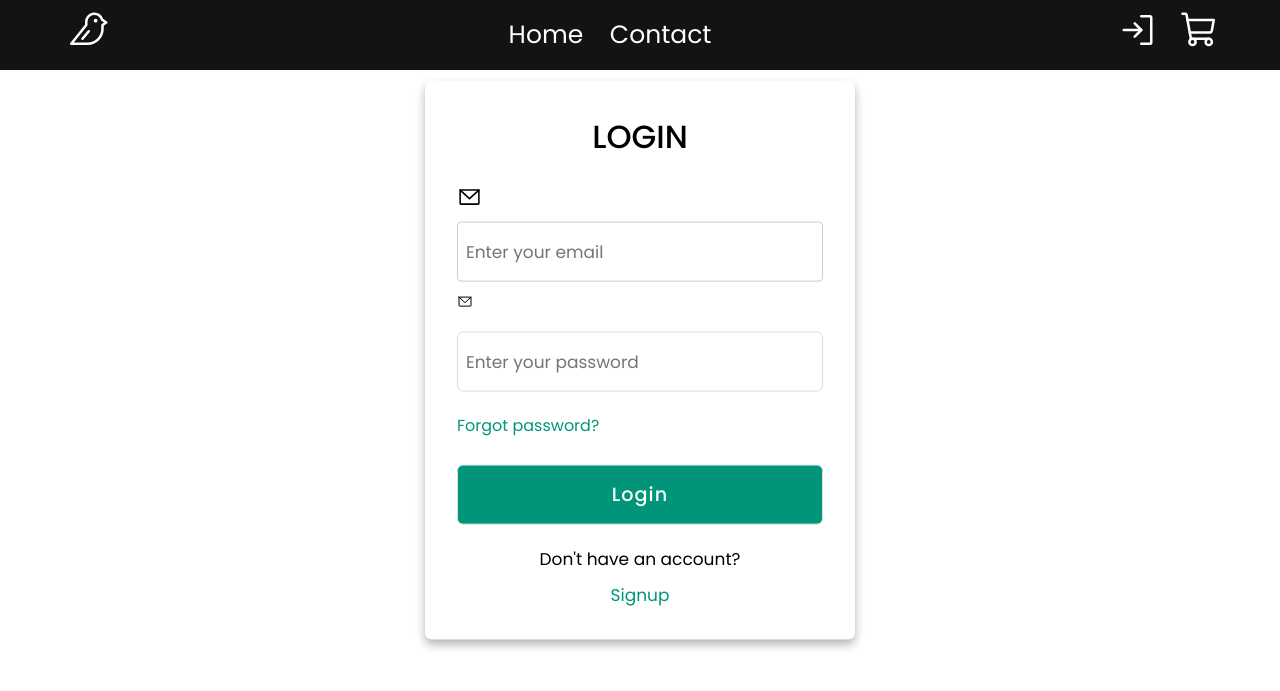
Repository: hoangdanh2/swp301
Page: /register
These files come from the project's save history. The page is drawn as it stood at one moment and after the next save; the edit follows.
The browser window is 1280 px wide. The pictures show the whole page.
The project was rebuilt for these pictures with package versions that can differ from the ones it lists, and the page was loaded fresh each time. Also part of the build but not shown: src/pages/shop/product.jsx, src/pages/shop/shop.css, src/pages/shop/shop.jsx, src/pages/contact/contact.jsx, src/pages/cart/cart-item.jsx, src/pages/cart/cart.css, src/pages/cart/cart.jsx.

Above is the page before, as saved 2023-05-29 11:06:41.

### src/App.js
import './App.css';
import { BrowserRouter as Router, Routes, Route } from "react-router-dom";
import { Navbar } from "./components/navbar";
import { Register } from "./pages/register/register";
import { Shop } from "./pages/shop/shop";
import { Contact } from "./pages/contact/contact";
import { Cart } from "./pages/cart/cart";
import { ShopContextProvider } from './context/shop-context';


function App() {
  return (
    <div className = "App">
      <ShopContextProvider>
        <Router>
          <Navbar />
          <Routes>
            <Route path = "/register" element = {<Register />} />
            <Route path = "/" element = {<Shop />} />
            <Route path = "/contact" element = {<Contact />} />
            <Route path = "/cart" element = {<Cart />} />
          </Routes>
        </Router>
      </ShopContextProvider>
    </div>
  );
}

export default App;

### src/App.css
.App {
  width: 100%;
  height: auto;
  min-height: 100vh;
  font-family: 'Segoe UI', Tahoma, Geneva, Verdana, sans-serif;
}

body {
  padding: 0;
  margin: 0;
}

### src/components/navbar.jsx
import React from "react";
import { Link } from "react-router-dom";
import { ShoppingCart, Bird, SignIn } from "phosphor-react";
import "./navbar.css";

export const Navbar = () => {
  return (
    <div className="navbar">
      <div className="links">
        <div className="icon">
          <Link to="/">
            <Bird size={40} />
          </Link>
        </div>
        <div className="middle">
          <Link to="/"> Home </Link>
          <Link to="/contact"> Contact</Link>
        </div>
        <div className="end">
            <Link to="/register">
                <SignIn size={40}/>
            </Link>
          <Link to="/cart">
            <ShoppingCart size={40} />
          </Link>
        </div>
      </div>
    </div>
  );
};

### src/pages/register/register.jsx
import React from "react";
import { EnvelopeSimple } from "phosphor-react";
import "./register.css";

export const Register = () => {
  return (
    <div className="container">
    <input type="checkbox" id="check"></input>
    <div className="login form">
      <header>LOGIN</header>
      <form action="#">
        <div className="login-form">
        <span className="icon-login"><EnvelopeSimple size={25}></EnvelopeSimple></span>
        <input type="text" placeholder="Enter your email" required></input>
        <span className="icon-login"><EnvelopeSimple></EnvelopeSimple></span>
        <input type="password" placeholder="Enter your password" required></input>
        </div>
        <a href="#">Forgot password?</a>
        <input type="button" className="button" value="Login"></input>
      </form>
      <div className="signup">
        <span className="signup">Don't have an account?
         <label for="check">Signup</label>
        </span>
      </div>
    </div>
    <div className="registration form">
      <header>SIGNUP</header>
      <form action="#">
        <div className="login-form">
        <span className="icon-login"><EnvelopeSimple></EnvelopeSimple></span>
        <input type="text" placeholder="Enter your email" required></input>
        <span className="icon-login"><EnvelopeSimple></EnvelopeSimple></span>
        <input type="password" placeholder="Create a password" required></input>
        <span className="icon-login"><EnvelopeSimple></EnvelopeSimple></span>
        <input type="password" placeholder="Confirm your password" required></input>
        <input type="button" className="button" value="Signup" required></input>
        </div>
      </form>
      <div className="signup">
        <span className="signup">Already have an account?
         <label for="check">Login</label>
        </span>
      </div>
    </div>
  </div>
  );
};

### src/context/shop-context.jsx
import { createContext, useEffect, useState } from "react";
import { PRODUCTS } from "../products";

export const ShopContext = createContext(null);

const getDefaultCart = () => {
    let cart = {};
    for (let i = 1; i < PRODUCTS.length + 1; i++) {
        cart[i] = 0;
    }
    return cart;
}

export const ShopContextProvider = (props) => {
    const [cartItems, setCartItems] = useState(getDefaultCart());

    const getTotalCartAmount = () => {
        let totalAmount = 0;
        for (const item in cartItems) {
            if (cartItems[item] > 0) {
                let itemInfo = PRODUCTS.find((product) => product.id === Number(item));
                totalAmount += cartItems[item] *itemInfo.price;
            }
        }
        return totalAmount;
    };

    const addToCart = (itemId) => {
        setCartItems((prev) => ({ ...prev, [itemId]: prev[itemId] + 1}));
    };

    const removeFromCart = (itemId) => {
        setCartItems((prev) => ({ ...prev, [itemId]: prev[itemId] - 1}));
    };

    const updateCartItemCount = (newAmount, itemId) => {
        setCartItems((prev) => ({ ...prev, [itemId]: newAmount }));
    };

    const checkout = () => {
        setCartItems(getDefaultCart());
    };

    const contextValue = {
        cartItems,
        addToCart,
        updateCartItemCount,
        removeFromCart,
        getTotalCartAmount,
        checkout,
    };

    return (
        <ShopContext.Provider value={contextValue}>
            {props.children}
        </ShopContext.Provider>
    );
};

### src/components/navbar.css
.navbar {
    width: 100%;
    height: 70px;
    background-color: rgb(19, 19, 19);
    display: flex;
    justify-content: center;
    align-items: center;
}

.links {
    margin-right: 50px;
    display: flex;
    align-items: center;
    justify-content: space-between;
    width: 100%;
}

.icon {
    margin-left: 50px;
}

.end {
    padding: 0 10px;
}

.links a {
    text-decoration: none;
    color: white;
    margin-left: 20px;
    font-size: 25px;
}

### src/pages/register/register.css
/* Import Google font - Poppins */
@import url('https://fonts.googleapis.com/css2?family=Poppins:wght@200;300;400;500;600;700&display=swap');
*{
  margin: 0;
  padding: 0;
  box-sizing: border-box;
  font-family: 'Poppins', sans-serif;
}

.container{
  position: absolute;
  top: 50%;
  left: 50%;
  transform: translate(-50%,-50%);
  max-width: 430px;
  width: 100%;
  background: #fff;
  border-radius: 7px;
  box-shadow: 0 5px 10px rgba(0,0,0,0.3);
}

.container .registration{
  display: none;
}

#check:checked ~ .registration{
  display: block;
}

#check:checked ~ .login{
  display: none;
}

#check{
  display: none;
}

.container .form{
  padding: 2rem;
}

.form header{
  font-size: 2rem;
  font-weight: 500;
  text-align: center;
  margin-bottom: 1.5rem;
}

 .form input{
   height: 60px;
   width: 100%;
   padding: 0 8px;
   font-size: 17px;
   margin-top: 15px;
   margin-bottom: 1.3rem;
   border: 1px solid #ddd;
   border-radius: 6px;
   outline: none;
 }

 .form input:focus{
   box-shadow: 0 1px 0 rgba(0,0,0,0.2);
 }

.form a{
  font-size: 16px;
  color: #009579;
  text-decoration: none;
}

.form a:hover{
  text-decoration: underline;
}

.form input.button{
  color: #fff;
  background: #009579;
  font-size: 1.2rem;
  font-weight: 500;
  letter-spacing: 1px;
  margin-top: 1.7rem;
  cursor: pointer;
  transition: 0.4s;
}

.form input.button:hover{
  background: #006653;
}

.signup{
  font-size: 17px;
  text-align: center;
}

.signup label{
  color: #009579;
  cursor: pointer;
}

.signup label:hover{
  text-decoration: underline;
}
input[type="text"],
input[type="email"],
input[type="message"],
textarea {
    width: 100%;
    padding: 8px;
    border: 1px solid #ccc;
    border-radius: 4px;
    box-sizing: border-box;
    margin-top: 5px;
    margin-bottom: 10px;
}

### src/products.js
import product1 from "./assets/products/1.png";
import product2 from "./assets/products/1.png";
import product3 from "./assets/products/1.png";
import product4 from "./assets/products/1.png";
import product5 from "./assets/products/1.png";
import product6 from "./assets/products/1.png";
import product7 from "./assets/products/1.png";
import product8 from "./assets/products/1.png";

export const PRODUCTS = [
  {
    id: 1,
    productName: "Bird Food",
    price: 999.0,
    productImage: product1,
  },
  {
    id: 2,
    productName: "Bird Food",
    price: 1999.0,
    productImage: product2,
  },
  {
    id: 3,
    productName: "Bird Food",
    price: 699.0,
    productImage: product3,
  },
  {
    id: 4,
    productName: "Bird Food",
    price: 228.0,
    productImage: product4,
  },
  {
    id: 5,
    productName: "Bird Food",
    price: 19.99,
    productImage: product5,
  },
  {
    id: 6,
    productName: "Bird Food",
    price: 68.0,
    productImage: product6,
  },
  {
    id: 7,
    productName: "Bird Food",
    price: 120.0,
    productImage: product7,
  },
  {
    id: 8,
    productName: "Bird Food",
    price: 40.0,
    productImage: product8,
  },
];

### src/pages/contact/contact.css
.contact{
    max-width: 400px;
    margin: 0 auto;
    padding: 20px;
}
.title-contact{
    text-align: center;
}
label{
    display: block;
    margin-top: 10px;
}
.form-contact{

    text-align: center;
}

input[type="text"],
input[type="email"],
input[type="message"],
textarea {
  width: 100%;
  padding: 8px;
  border: 1px solid #ccc;
  border-radius: 4px;
  box-sizing: border-box;
  margin-top: 5px;
  margin-bottom: 10px;
}

input[type="submit"] {
    background-color: #4CAF50;
    color: white;
    padding: 10px 15px;
    border: none;
    border-radius: 4px;
    cursor: pointer;
    font-size: 16px;
  }

  input[type="submit"]:hover {
    background-color: #45a049;
  }

  textarea {
    height: 100px;
  }

Loaded but not shown: public/index.html (common file); src/index.js (common file); src/index.css (common file); src/reportWebVitals.js (common file)

After the next save:
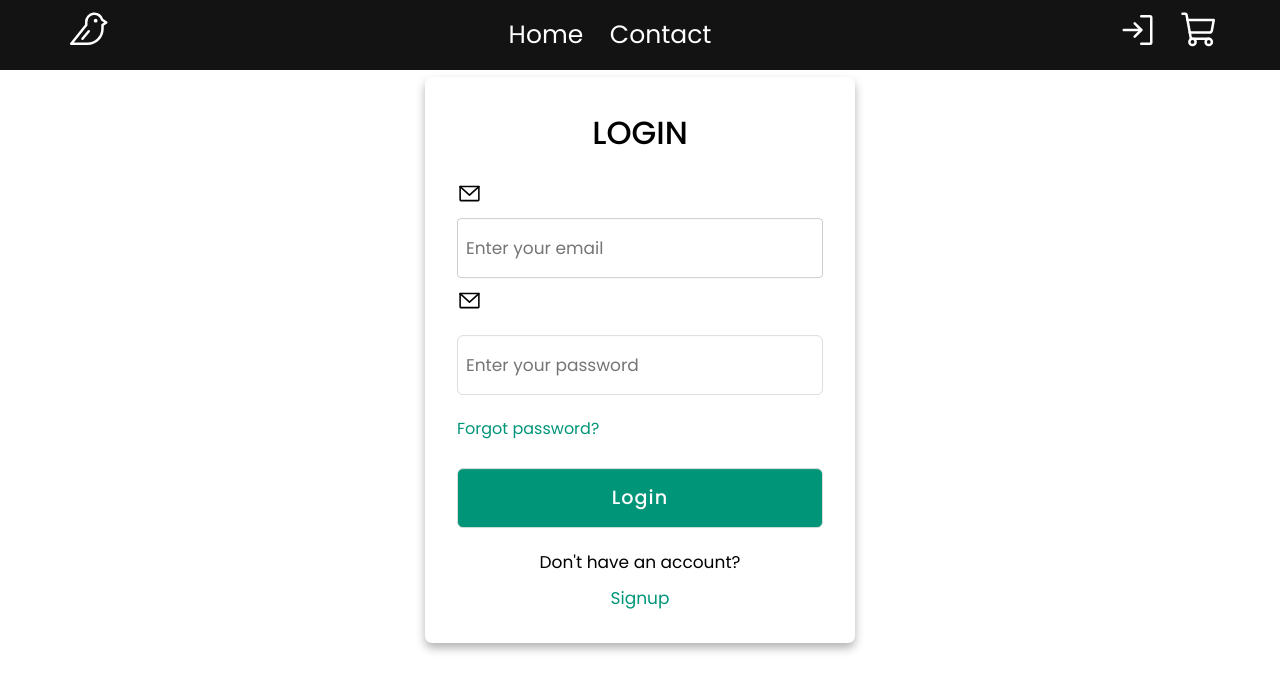
Saved 52 s later.
--- a/src/pages/register/register.jsx
+++ b/src/pages/register/register.jsx
@@ -12,7 +12,7 @@ export const Register = () => {
         <div className="login-form">
         <span className="icon-login"><EnvelopeSimple size={25}></EnvelopeSimple></span>
         <input type="text" placeholder="Enter your email" required></input>
-        <span className="icon-login"><EnvelopeSimple></EnvelopeSimple></span>
+        <span className="icon-login"><EnvelopeSimple size={25}></EnvelopeSimple></span>
         <input type="password" placeholder="Enter your password" required></input>
         </div>
         <a href="#">Forgot password?</a>
